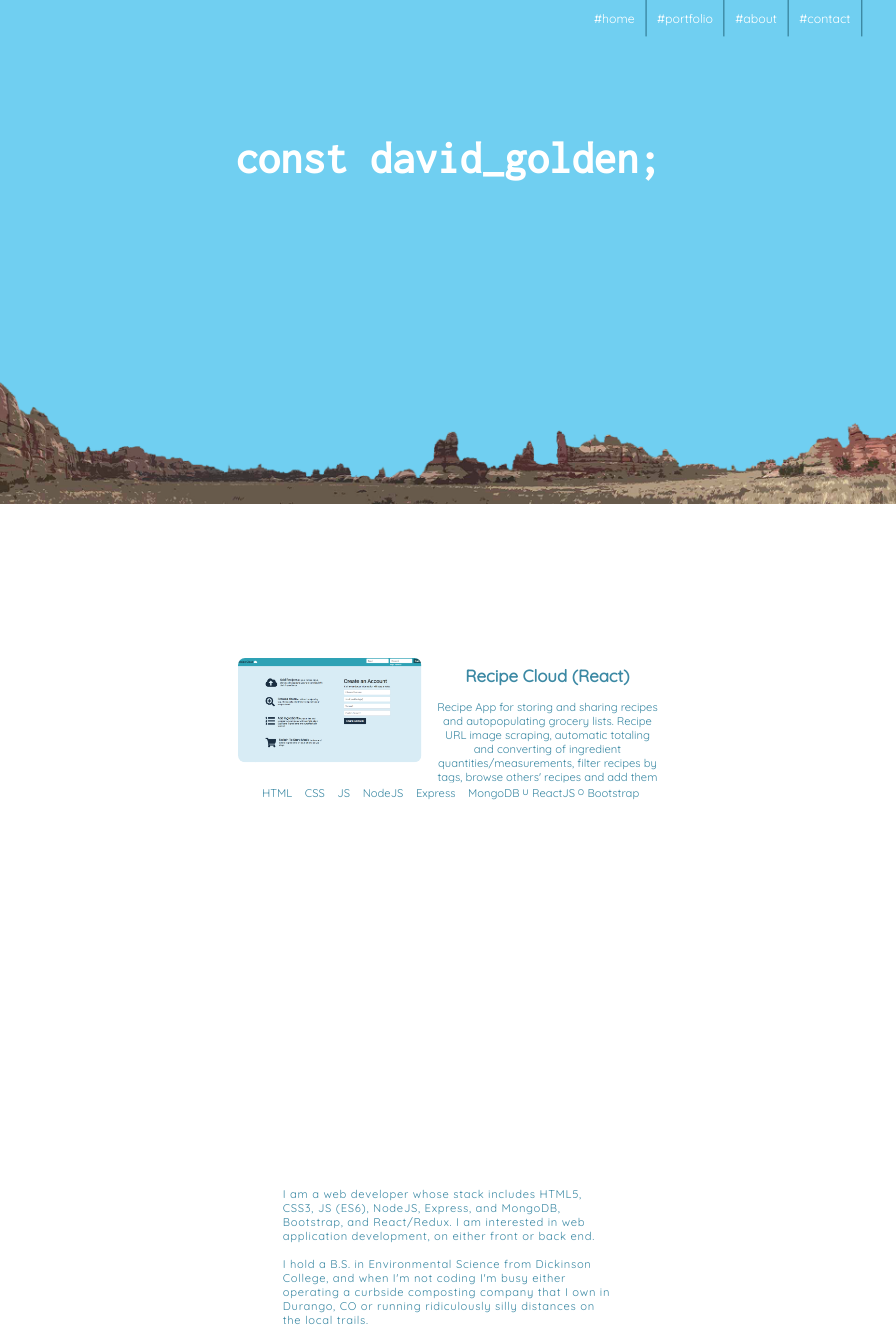
Repository: davidgolden/portfolio
Page: http://localhost/
The author's editor kept a record of every edit. The page is drawn from the files as they stood at one moment, then again after the next edit.
The browser window is 1280 px wide. The pictures show the part of the page from y = 0 to 1920 px (the page is 2880 px tall), at 70% of full size.
Some web fonts or font styles are not loaded; a fallback is used. The page is served by the project's Node server (app.js). Style sheets and scripts are compiled from the project's sources, by tool versions that may differ from the author's.

Above is the page before.

### views/index.html
<!DOCTYPE html>
<html>
<head>
	<title>David Golden</title>
	<meta name="viewport" content="width=device-width,initial-scale=1">
	<link rel="stylesheet" type="text/css" href="/assets/css/style.css">
	<link href="https://fonts.googleapis.com/css?family=Averia+Serif+Libre:400,700|Droid+Serif|Slabo+27px" rel="stylesheet">
	<link href="https://fonts.googleapis.com/css?family=Inconsolata|Quicksand" rel="stylesheet">

	<link rel="stylesheet" href="/assets/font-awesome/css/font-awesome.min.css">
</head>
<body>

<div class='container'>

<nav role = 'navigation' class='normalNav'>
	<span id='scrollIcon'><i class="fa fa-bars" aria-hidden="true"></i></span>
		<ul>
			<li class='icon' data-content='GitHub Portfolio'><a class='navLink' target='_blank' href='https://github.com/davidgolden'><i class="fa fa-github" aria-hidden="true"></i></a></li>
			<li class='icon' data-content='Email Me!'><a class='navLink' href='mailto:davidgoldeninbox@gmail.com'><i class="fa fa-envelope" aria-hidden="true"></i></a></li>
			<li class='icon' data-content='Resume'><a class='navLink' href=''><i class="fa fa-user" aria-hidden="true"></i></a></li>
		</ul>
		<ul>
			<li><a class = 'navLink' href="#titlePage">#home</a></li>
			<li><a class = 'navLink' href="#portfolio">#portfolio</a></li>
			<li><a class = 'navLink' href="#skills">#about</a></li>
			<li><a class = 'navLink' href="#contact">#contact</a></li>
			<li id='mobileIcons' style='display: none'>
				<a class='navLink' target='_blank' href='https://github.com/davidgolden'><i class="fa fa-github" aria-hidden="true"></i></a>
				<a class='navLink' href='mailto:davidgoldeninbox@gmail.com'><i class="fa fa-envelope" aria-hidden="true"></i></a>
				<!--<a class='navLink' href='#'><i class="fa fa-user" aria-hidden="true"></i></a>-->
			</li>
		</ul>

	</nav>

<section id="titlePage">
		<h1>const david_golden;</h1>
		<!--<h2>david_golden = 'web developer';</h2>-->


</section>

<section id='portfolio'>
	<h2>let portfolio =</h2>

	<div class='item-container'>
		<div class='left-arrow'>
			<i class="fa fa-chevron-left" aria-hidden="true"></i>
		</div>

		<div class='item-image'>
		</div>
		<div class='item-desc'>
		</div>
		<div class='item-tags'>
			</div>
		<div class='right-arrow'>
			<i class="fa fa-chevron-right" aria-hidden="true"></i>
		</div>
	</div>

</section>
<section id='skills' class='hasBackground'>
<h2>let about =</h2>
<div class='aboutContainer'>
	<p>I am a web developer whose stack includes HTML5, CSS3, JS (ES6), NodeJS, Express, and MongoDB, Bootstrap, and React/Redux.
	I am interested in web application development, on either front or back end.<br><br>

	I hold a B.S. in Environmental Science from Dickinson College, and when I'm not coding I'm busy either operating a curbside composting company
	that I own in Durango, CO or running ridiculously silly distances on the local trails.</p>
</div>
</section>



<section id='contact'>
	<h2>let contact =</h2>
	<img src="assets/images/portfoliopic.jpg">
	<form id='contactForm'>
		<input type="text" name="name" placeholder = "Name" required>
		<input type="email" name="email" placeholder="Email" required>
		<textarea name='message' placeholder='Message' required></textarea>
		<button type='submit' id='sendEmailButton'>Send</button>
	</form>
</section>

</div>

</body>
<script type="text/javascript" src='/assets/js/script.js'></script>
</html>

### app.js
require('dotenv').config({path: './.env'});

var express = require('express'),
    app = express(),
    bodyParser = require('body-parser'),
    nodemailer = require('nodemailer');

app.use(express.static(__dirname +'/public'));
app.engine('html', require('ejs').renderFile);
app.use(bodyParser.urlencoded({extended: true}));
app.use(bodyParser.json());


app.get('/', function(req, res) {
    res.render('index.html');
})

app.post('/', function(req, res) {

    let name = req.body.name;
    let email = req.body.email;
    let message = req.body.message;

    let sendEmail = function(name, email, message) {
        var transporter = nodemailer.createTransport({
                    service: 'Mailgun',
                    auth: {
                        user: process.env.MAILUSER,
                        pass: process.env.MAILPASS
                    }
                });

                var mailOptions = {
                    from: email, // sender address
                    to: 'davidgoldeninbox@gmail.com', // list of receivers
                    subject: `Message from ${name}`, // Subject line
                    html: message // html body
                };

                transporter.sendMail(mailOptions, (error, info) => {
                    console.log('called');
                    if (error) {
                        console.log(error);
                        res.send('error');
                    } else {
                        console.log('sent');
                        res.send('sent');
                    }
                });
    }
    if(name != undefined && message !== '') {
      sendEmail(name, email, message);
    }
})

app.get('*', function(req, res) {
    res.redirect('/');
})

app.listen(3000, function(){
  console.log("Express server listening on port %d in %s mode", this.address().port, app.settings.env);
});

### public/assets/js/script.js
document.getElementById('titlePage').style.height = window.innerHeight+'px';

// *********** Start NavBar Script ***************
var navBar = document.getElementsByTagName('nav')[0];
var scrollIcon = document.getElementById('scrollIcon');
var mobileNavOpen = false;
var scrollDown = false;
var navLink = document.getElementsByClassName('navLink');
let navIcons = document.getElementById('mobileIcons');
var isSmall;

function turnOnMobile() {
	navBar.classList.remove('normalNav');
	navBar.classList.add('navOnScroll');
	navIcons.style.display='block';
}

function turnOffMobile() {
	navBar.classList.remove('navOnScroll');
	navBar.classList.add('normalNav');
	navBar.classList.remove('mobileNav');
	navIcons.style.display='none';
}

// function checkY(y) {
// 	if(window.scrollY > (y*.25)) {
// 		turnOnMobile();
// 		scrollDown = true;
// 	}
// 	// When you scroll up, turn off mobile
// 	else if(isSmall == false) {
// 		turnOffMobile();
// 		scrollDown = false;
// 	}
// }

function checkX(x) {
	if(x <= 960) {
		turnOnMobile();
		isSmall = true;
	}
	else {
		turnOffMobile();
		isSmall = false;
	}
}

// Find screen size, turn on mobile if applicable
window.addEventListener('load', function() {
	checkX(window.innerWidth);
})

// When you scroll down, turn on mobile
// window.addEventListener('scroll', function() {
// 	checkY(window.innerHeight);
// });
// When screen is resized, find out size, then turn on mobile if applicable
window.addEventListener('resize', function() {
	//resize background image
	document.getElementById('titlePage').style.height = window.innerHeight+'px';
	checkX(window.innerWidth);
	// if(scrollDown == true) {
	// 	checkY(window.innerHeight);
	// }
})

// On click of hamburger icon
scrollIcon.addEventListener('click', function() {
	// If mobileNav is closed, open it
	if(mobileNavOpen == false) {
		navBar.classList.add('mobileNav');
		mobileNavOpen = true;
	}
	// If mobileNav is open, close it
	else {
		navBar.classList.remove('mobileNav');
		mobileNavOpen = false;
	}
})

for(var i=0; i<navLink.length; i++) {
	navLink[i].addEventListener('click', function() {
		navBar.classList.remove('mobileNav');
		mobileNavOpen = false;
		// checkY(window.innerHeight);
	})
}
// *********** End NavBar Script ***************


// *********** Start Portfolio Script ***************

var projects = [
	{
		name: "recipe-cloud-react",
		imgURL: "assets/images/recipe-cloud-react.png",
		link: "http://www.react.recipe-cloud.com",
		desc: "<h3>Recipe Cloud (React)</h3> <br> Recipe App for storing and sharing recipes and autopopulating grocery lists. Recipe URL image scraping, automatic totaling and converting of ingredient quantities/measurements, filter recipes by tags, browse others' recipes and add them to your recipe book!",
		tags: ["HTML", "CSS", "JS", "NodeJS", "Express", "MongoDB", "ReactJS", "Bootstrap"]
	},
	{
		name: "recipe-cloud",
		imgURL: "assets/images/recipebook.png",
		link: "http://www.recipe-cloud.com",
		desc: "<h3>Recipe Cloud</h3> <br> This is the non-react (and original) version of the previous app. Recipe Cloud is for storing and sharing recipes and autopopulating grocery lists. Recipe URL image scraping, automatic totaling and converting of ingredient quantities/measurements, filter recipes by tags, browse others' recipes and add them to your recipe book, and edit just about anything!",
		tags: ["HTML", "CSS", "JS", "NodeJS", "Express", "MongoDB", "Bootstrap"]
	},
	{
		name: "tfc",
		imgURL: "assets/images/tfc.png",
		link: "https://www.tabletofarmcompost.com",
		desc: "<h3>Table to Farm Compost</h3> <br> This website for my curbside composting company prompts users to enter their address and immediately assigns them a pick up day using Google Maps API. There is a user dashboard for customers to update their payment information, address, or request compost, and an admin dashboard for monitoring all customer details.",
		tags: ["HTML", "CSS", "JS", "Google Maps API", "Stripe API", "NodeJS", "Express", "MongoDB"]
	},
	{
		name: "movies",
		imgURL: "assets/images/movie.png",
		link: "http://movies.david-golden.com/",
		desc: "<h3>Current Movies React App</h3> <br> An app that filters movies by release date and genre to help users find popular current movies. Built entirely vanilla CSS using React JS.",
		tags: ["HTML", "CSS", "JS", "The Movie DB API", "ReactJS"]
	},
	{
		name: "uglyduck",
		imgURL: "assets/images/uglyduck.png",
		link: "http://www.uglyduckstudio.com/",
		desc: "<h3>Web Design Studio Website</h3> <br> Website I built for a personal freelance design/development company. Build in HTML, CSS3 (vanilla), and JS (vanilla; navbar is the only Bootstrap component) with a NodeJS backend.",
		tags: ["HTML", "CSS", "JS", "Bootstrap"]
	},
	{
		name: "portfolio",
		imgURL: "assets/images/profilesite.png",
		desc: "<h3>This Site!</h3><br>It's nothing super fancy, but I built this website using entirely vanilla CSS (including CSS Grid) and JS without the use of any frameworks.",
		tags: ["HTML", "CSS", "JS"]
	}
];

var displayProject = document.getElementById('displayProject');
var displayImage = document.getElementsByClassName('item-image')[0];
var displayDesc = document.getElementsByClassName('item-desc')[0];
var displayTags = document.getElementsByClassName('item-tags')[0];
var nextProject = document.getElementsByClassName('fa-chevron-right')[0];
var lastProject = document.getElementsByClassName('fa-chevron-left')[0];
var currentProject = 0;

showProject(currentProject);

lastProject.addEventListener('click', function() {
	displayLastProject();
})

nextProject.addEventListener('click', function() {
	displayNextProject();
})

function showProject(currentProject) {
	displayImage.innerHTML = "<a href='"+projects[currentProject].link+"'target='_blank'><img src='"+projects[currentProject].imgURL+"'></a>";
	displayDesc.innerHTML = `<p>${projects[currentProject].desc}</p>`;
	displayTags.innerHTML = "";
	for(var i = 0; i<projects[currentProject].tags.length; i++) {
		displayTags.innerHTML += "<span>"+projects[currentProject].tags[i]+"</span>";
	}
}

function displayNextProject() {
	// add 1 to currentproject
	currentProject++;
	// if currentproject is > projects.length-1, reset back to 0, then display project
	if(currentProject > projects.length-1) {
		currentProject =0;
		showProject(currentProject);
	}
	// if not, display project
	else {
		showProject(currentProject);
	}
}

function displayLastProject() {
	// subtract 1 from currentproject
	currentProject--;
	// if current project < project.length-project.length, reset to currentproject.length-1
	if(currentProject < 0) {
		currentProject = projects.length-1;
		showProject(currentProject);
	}
	//if not, display project
	else {
		showProject(currentProject);
	}

}


// SEND EMAIL!
// document.getElementById('contactForm').preventDefault();
let sendButton = document.getElementById('sendEmailButton')
sendButton.addEventListener('click', function(event) {
	event.preventDefault();
	console.log('sent')
	let name = document.getElementsByName('name')[0].value;
	let email = document.getElementsByName('email')[0].value;
	let message = document.getElementsByName('message')[0].value;
	sendButton.classList.add('disabled');
	sendButton.innerHTML = "<i class='fa fa-spinner fa-pulse fa-3x fa-fw'></i><span class='sr-only'>Loading...</span>"; // set to spinner
	let xml = new XMLHttpRequest();
	  xml.open("POST", "/", true);
	  xml.setRequestHeader('Content-Type', 'application/json; charset=utf-8');
	  xml.send(JSON.stringify({name: name, email: email, message: message}));
  xml.onreadystatechange = function() {
    if (xml.readyState === 4) {
      if(xml.response === 'sent') { // on success
		sendButton.innerHTML = 'Message Received';
      } else { // no image found
        sendButton.classList.remove('disabled');
        sendButton.innerHTML = 'Send';
        alert('There was a problem processing your request!');
      }
    }
  }

})

### public/assets/css/style.scss
/******* Global Styles *********/

$blue: #70cff1;
$dark: #3C89A4;
$light: white;
$other: $dark;
//#A75A08

$break: 850px;

* {
        margin: 0;
        padding: 0;
        border: 0;
        outline: 0;
        font-size: 100%;
        vertical-align: baseline;
        background: transparent;
        /*border: 1px solid black;*/
    }

body:before {
  content: "";
  display: block;
  position: fixed;
  left: 0;
  top: 0;
  width: 100%;
  height: 100%;
  z-index: -10;
  background: url(/assets/images/chesler3.png) no-repeat center center;
  -webkit-background-size: cover;
  -moz-background-size: cover;
  -o-background-size: cover;
  background-size: cover;
}

h1, h2, h3, h4 {
	// font-family: 'Averia Serif Libre', cursive;
	font-family: 'Inconsolata', monospace;
	color: $light;
	// -webkit-text-stroke: 2px $dark;
}

h2 {
	font-size: 4em;
}

* {
	font-family: 'Quicksand', sans-serif;
}

p {
	color: $dark;
	font-family: 'Quicksand', sans-serif;
	letter-spacing: 1px;
}

li, a, h3 {
	font-family: 'Quicksand', sans-serif;
	color: $light;
}

.container {
	display: grid;
	grid-template-columns: 100%;
	grid-template-rows: auto 100vh 100vh 100vh 100vh;
}

section > h2 {
	margin-bottom: 25px;
	@media(max-width: $break) {
		font-size: 1.7rem;
	}
}


/******* Header Section Styles *********/

#titlePage {
	grid-row-start: 2;
	h1 {
		font-size: 4rem;
		margin-top: 15%;
		text-align: center;

		@media (max-width: $break) {
			font-size: 350%;
			width: 80%;
			margin: 35% auto 0;
		}
	}

	h2 {
		font-size: 1.5rem;
		padding-bottom: 3%;
		text-align: center;
		letter-spacing: 10px;

		@media (max-width: $break) {
			font-size: 125%;
			margin: 0 auto 5%;
			width: 80%;
		}
	}

	> a {
		color: $dark;
		background-color: $light;
		border: 1px solid $dark;
		text-decoration: none;
		padding: 10px;
		margin: 0 auto;
		display: block;
		width: 150px;
		border-radius: 10px;
	}

	> a:hover {
		border-width: 5px;
	}
}

.icon:active::after, .icon:hover::after {
  content: attr(data-content);
  position: absolute;
  right: 10px;
  top: 60px;
  width: auto;
  border: 4px solid $dark;
  background-color: $light;
  padding: 12px;
  color: $dark;
  font-size: 14px;
  z-index: 1;
}

/******* Portfolio Section Styles *********/

#portfolio {
	padding-top: 10%;
	grid-row-start: 3;
	text-align: center;

	.item-container {

		margin: 0 auto;
		width: 60%;
		display: grid;
		grid-template-columns: 9% 34% 43% 9%;
		grid-template-rows: 50% 18% auto;
		grid-column-gap: 2%;
		grid-row-gap: 25px;

		@media(max-width: $break) {
			width: 100%;
		}
	}

	i {
		font-size: 5rem;
		cursor: pointer;
		color: $light;

		@media(max-width: $break) {
			font-size: 3rem;
		}
	}

	i:hover {
		color: $dark;
	}

	.left-arrow {
		grid-column-start: 1;
		grid-column-end: 2;
		grid-row-start: 1;
		grid-row-end: 3;
		align-self: center;
	}

	.right-arrow {
		grid-column-start: 4;
		grid-column-end: 5;
		grid-row-start: 1;
		grid-row-end: 3;
		align-self: center;
	}

	.item-image {
		grid-column-start: 2;
		grid-column-end: 3;
		grid-row-start: 1;
		grid-row-end: 2;
		align-content: center;
		border: 2px $light;

		img {
			width: 100%;
			height: 100%;
			object-fit: cover;
			border-radius: 10px;
		}
		@media(max-width: $break) {
			grid-column-end: 4;
		}
	}

	.item-desc {
		border-radius: 10px;
		padding: 5px;
		background-color: $light;
		grid-column-start: 3;
		grid-column-end: 4;
		grid-row-start: 1;
		grid-row-end: 2;
		color: $dark;
		min-height: 200px;
		align-content: center;
		border: 2px $light;

		@media(max-width: $break) {
			grid-column-start: 2;
			grid-column-end: 4;
			grid-row-start: 2;
			grid-row-end: 3;
		}

		h3 {
			color: $dark;
			font-size: 1.5rem;
		}
	}

	.item-tags {
		grid-column-start: 2;
		grid-column-end: 4;
		grid-row-start: 2;
		grid-row-end: 3;
		span {
			background-color: $light;
			padding: 5px;
			color: $dark;
			border-radius: 5px;
			margin: 4px;
			display: inline-block;
		}
		@media(max-width: $break) {
			grid-row-start: 3;
			grid-row-end: 4;
		}
	}
}

/******* Skills Section Styles *********/

#skills {
	padding-top: 10%;
	grid-row-start: 4;

	h2 {
		text-align: center;
		margin-top: 15px;
	}

	p {
		border-radius: 10px;
		padding: 20px;
	}

	.aboutContainer {
		width: 40%;
		margin: 0 auto;
		background-color: $light;
		border-radius: 10px;

		@media (max-width: $break) {
			width: 80%;
		}
	}
}

/******* Contact Section Styles *********/

#contact {
	padding: 10% 0;
	text-align: center;
	grid-row-start: 5;

	.disabled {
		cursor: default;
		opacity: .8;
		pointer-events: none;
	}

	img {
		margin: 10px;
		border-radius: 10px;
		height: 359px;

		@media(max-width: $break) {
			display: none;
		}
	}

	form {
		width: 300px;
		padding: 10px;
		vertical-align: top;
		display: inline-block;
	}

	input {
		background-color: $light;
		margin: 5px;
		border-radius: 5px;
		line-height: 1.5em;
		width: 100%;
		padding: 5px;
	}

	textarea {
		background-color: $light;
		margin: 5px;
		border-radius: 5px;
		height: 200px;
		padding: 5px;
		width: 100%;
	}

	input::-webkit-input-placeholder {
		color: $dark;
	}

	input:-moz-placeholder{
		color: $dark;
	}

	input::-moz-placeholder{
		color: $dark;
	}

	input:-ms-input-placeholder{
		color: $dark;
	}

	textarea::-webkit-input-placeholder {
		color: $dark;
	}

	textarea:-moz-placeholder{
		color: $dark;
	}

	textarea::-moz-placeholder{
		color: $dark;
	}

	textarea:-ms-input-placeholder{
		color: $dark;
	}

	button {
		width: 310px;
		background-color: $dark;
		border-radius: 5px;
		color: white;
		cursor: pointer;
		margin: 5px;
		padding: 10px;
	}

	button:hover {
		color: $dark;
		background-color: $light;
	}

}

/******* Navigation Styles *********/

nav {
	grid-row-start: 1;
}

.normalNav {
	position: fixed;
	height: 60px;
	width: 100%;
	background-color: $blue;

	ul {
		list-style: none;
		float: right;
	}

	ul li {
		float: left;
		font-size: 1.1em;
		cursor: pointer;
		color: $other !important;
		padding: 15px;
		border-right: 2px solid $other;
		cursor: pointer;
	}

	.icon, .icon a {
		border: none;
		padding: 3px;
		font-size: 2rem;
		color: $dark !important;
	}
	.icon:first-of-type {
		padding-left: 15px;
	}
	.icon:hover, .icon:hover a {
		color: $light !important;
	}

	ul li:last-child {
		border-right: 0;
	}

	a {
		text-decoration: none;
	}

	ul li a:hover {
		color: $dark;
	}
}

#scrollIcon {
	display: none;
}

.navOnScroll {
	width: 100%;
	position: fixed;
	background-color: $other;
	top: 0;
	right: 0;
	height: 60px;
	z-index: 2;

	ul {
		display: none;
	}

	#scrollIcon {
		display: block;
		position: fixed;
		top: 10px;
		right: 20px;
		color: white;
		font-size: 2em;
		cursor: pointer;
	}
}

.mobileNav {

	ul {
		list-style: none;
		float: right;
		position: fixed;
		top: 60px;
		display: block;
		text-align: right;
		width: 100%;
		background-color: $other;
	}

	ul li {
		font-size: 1.1em;
		cursor: pointer;
		margin-right: 40px;
		width: 100%;
		padding-bottom: 10px;
	}

	ul li a {
		color: white;
		text-decoration: none;
		margin-right: 20px;
	}

	a:hover {
		text-decoration: underline;
	}
}

After the next edit:
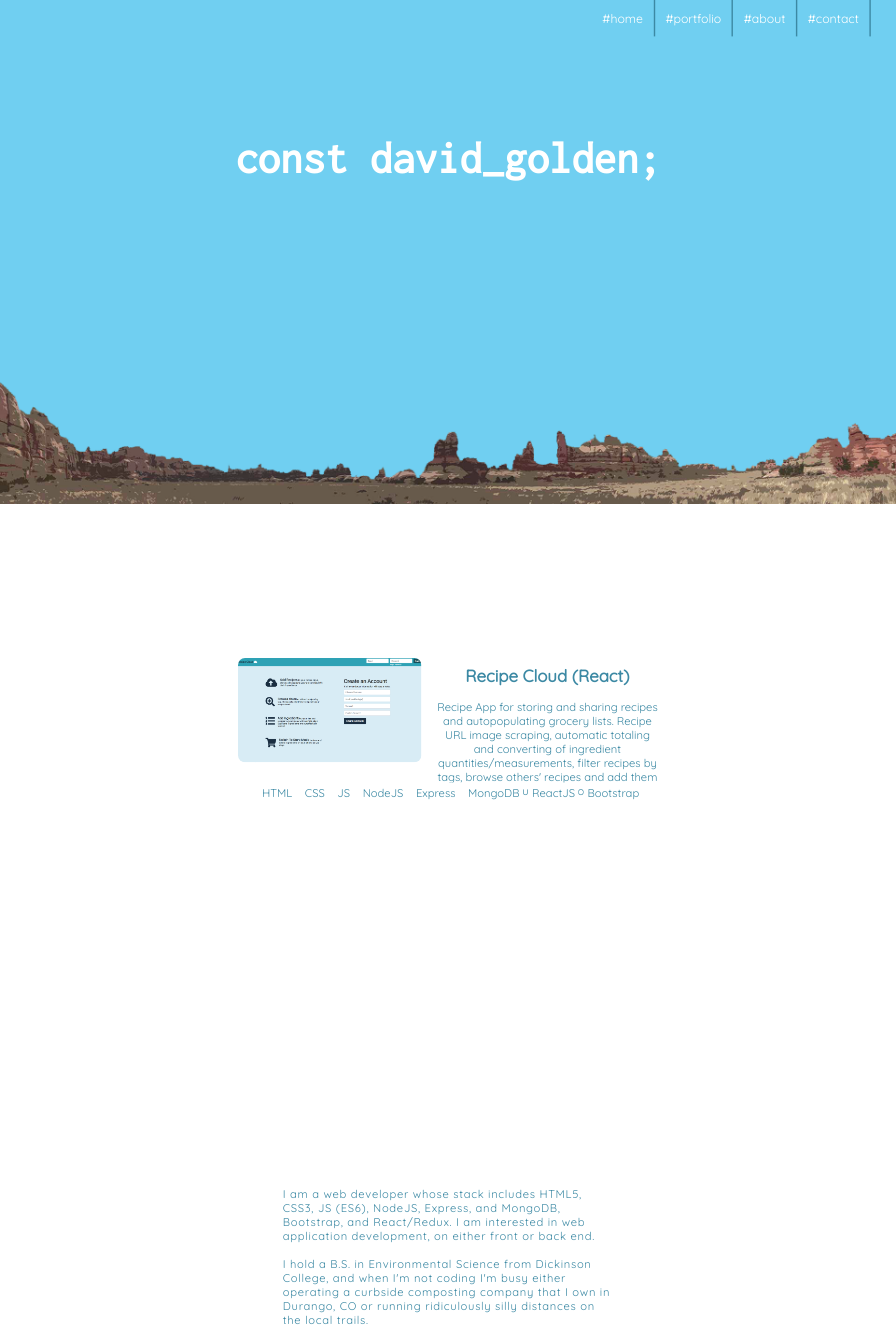
The edit:
--- a/views/index.html
+++ b/views/index.html
@@ -18,7 +18,7 @@
 		<ul>
 			<li class='icon' data-content='GitHub Portfolio'><a class='navLink' target='_blank' href='https://github.com/davidgolden'><i class="fa fa-github" aria-hidden="true"></i></a></li>
 			<li class='icon' data-content='Email Me!'><a class='navLink' href='mailto:davidgoldeninbox@gmail.com'><i class="fa fa-envelope" aria-hidden="true"></i></a></li>
-			<li class='icon' data-content='Resume'><a class='navLink' href=''><i class="fa fa-user" aria-hidden="true"></i></a></li>
+			<!--<li class='icon' data-content='Resume'><a class='navLink' href=''><i class="fa fa-user" aria-hidden="true"></i></a></li>-->
 		</ul>
 		<ul>
 			<li><a class = 'navLink' href="#titlePage">#home</a></li>
